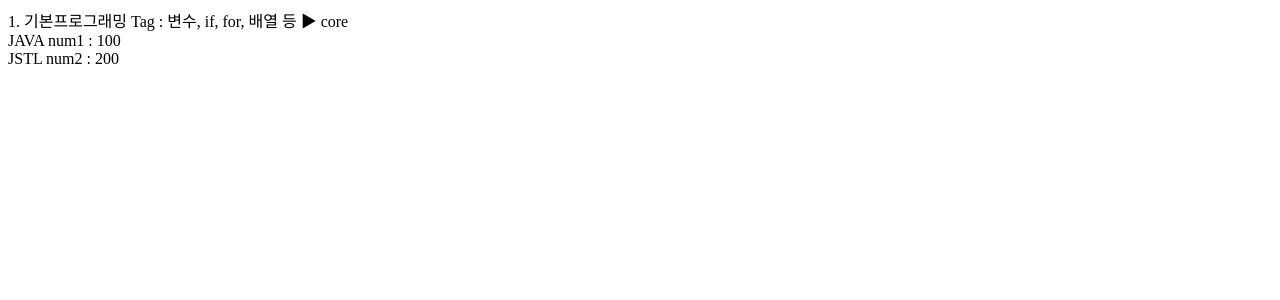
Repository: youngmoon525/Jsp_Servlet
Page: http://localhost/03.JSP/jsp29.jsp
An editor plug-in stored every save of this project. The page is shown before and after the next save, followed by the edit.
The browser window is 1280 px wide. The pictures show the whole page.
The page is served by Tomcat 9.

Above is the page before, as saved 2021-09-08 02:45:10.

After the next save:
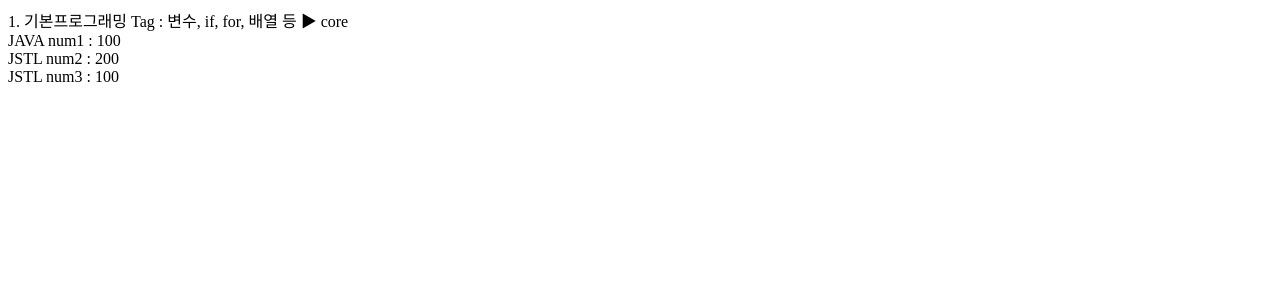
Saved 2 min 24 s later.
--- a/workspace/03.JSP/WebContent/jsp29.jsp
+++ b/workspace/03.JSP/WebContent/jsp29.jsp
@@ -18,6 +18,9 @@ JAVA num1 : <%=num1 %><br/>
 <c:set var="num2" value="200"/>
 JSTL num2 : ${num2 }<br/>
 
+<%-- JAVA num1 값을 JSTL num3 할당 --%>
+<c:set var="num3" value="<%=num1 %>"/>
+JSTL num3 : ${num3 }<br/>
 
 
 </body>
